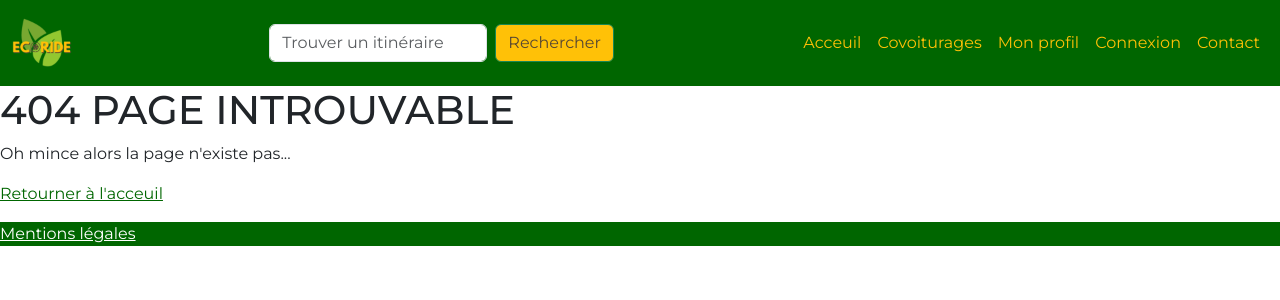
Repository: lemonhao9/ECF
Page: index.html
The author's editor kept a copy of each file at every save. The page is drawn from the files as they stood at one save, then again after the next save.
The browser window is 1280 px wide. The pictures show the whole page.
Some web fonts or font styles are not loaded; a fallback is used. The style sheet was rebuilt from its Sass, Less or Tailwind sources for each picture, by a compiler version that may differ from the author's.

Above is the page before, as saved 2025-02-11 14:50:28.

After the next save:
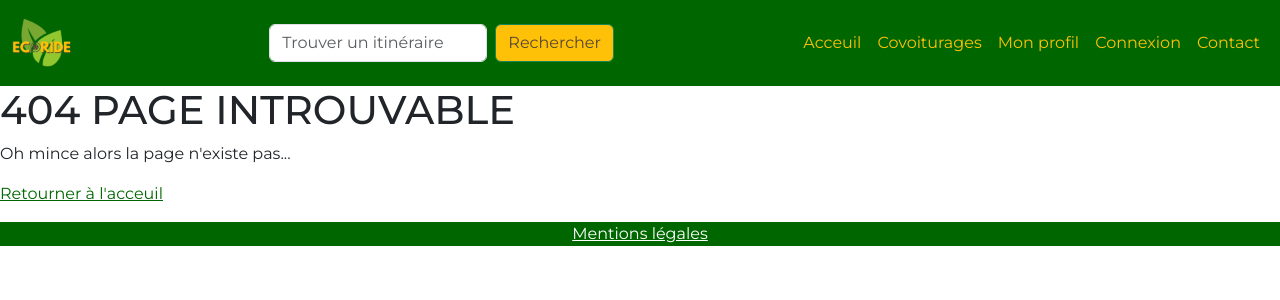
Saved 58 s later.
--- a/index.html
+++ b/index.html
@@ -51,8 +51,8 @@
     <main id="main-page">
         <!-- Injection du contenu des différentes pages-->
     </main>
-    <footer class="bg-primary lh-56px">
-        <a href="#" class="text-white justify-content-center">Mentions légales</a>
+    <footer class="bg-primary text-center">
+        <a href="#" class="text-white">Mentions légales</a>
         <a href="mailto:Ecoride@contact.com"></a>
     </footer>
 
